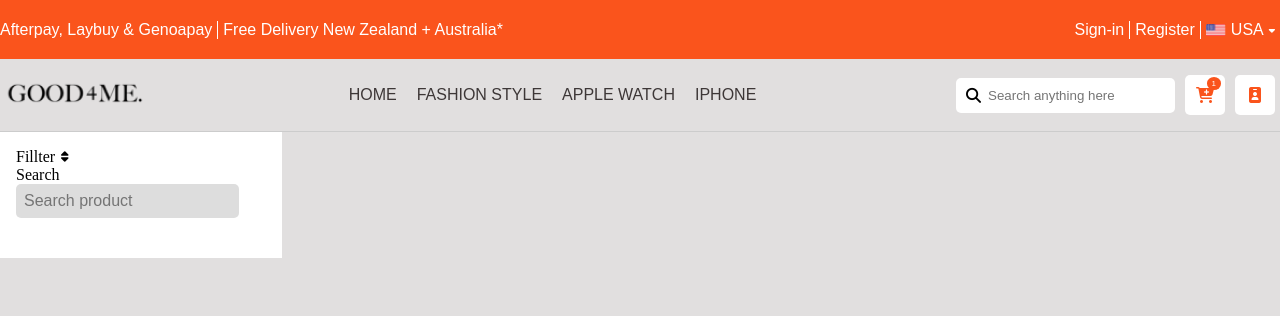
Repository: Ngoc28/Shoppe-web
Page: html/category.html
These files come from the project's save history. The page is drawn as it stood at one moment and after the next save; the edit follows.
The browser window is 1280 px wide. The pictures show the whole page.
Some web fonts or font styles are not loaded; a fallback is used.

Above is the page before, as saved 2023-08-08 11:46:52.

After the next save:
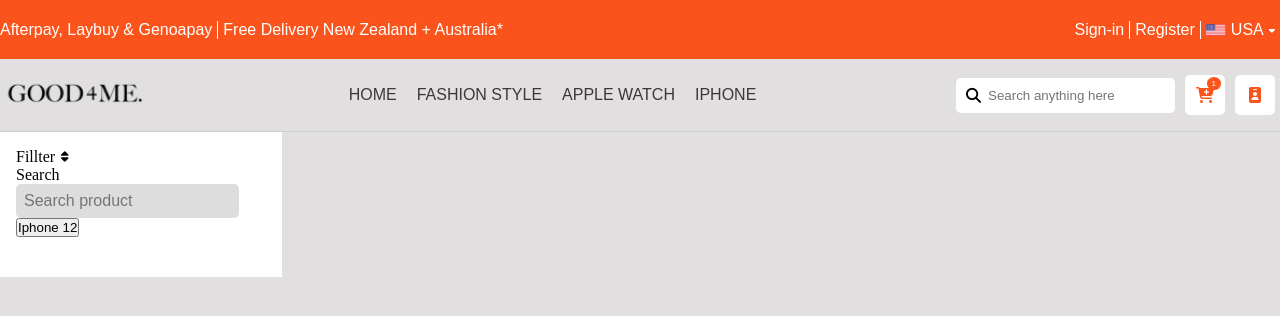
Saved 68 s later.
--- a/html/category.html
+++ b/html/category.html
@@ -78,6 +78,12 @@
             <div class="container-nav-search">
                 <label for="search">Search</label>
                 <input type="search" name="" id="search" placeholder="Search product">
+                <div class="btn-his">
+                    <button>
+                        Iphone 12
+
+                    </button>
+                </div>
             </div>
             <div class="container-nav-brand">
 
